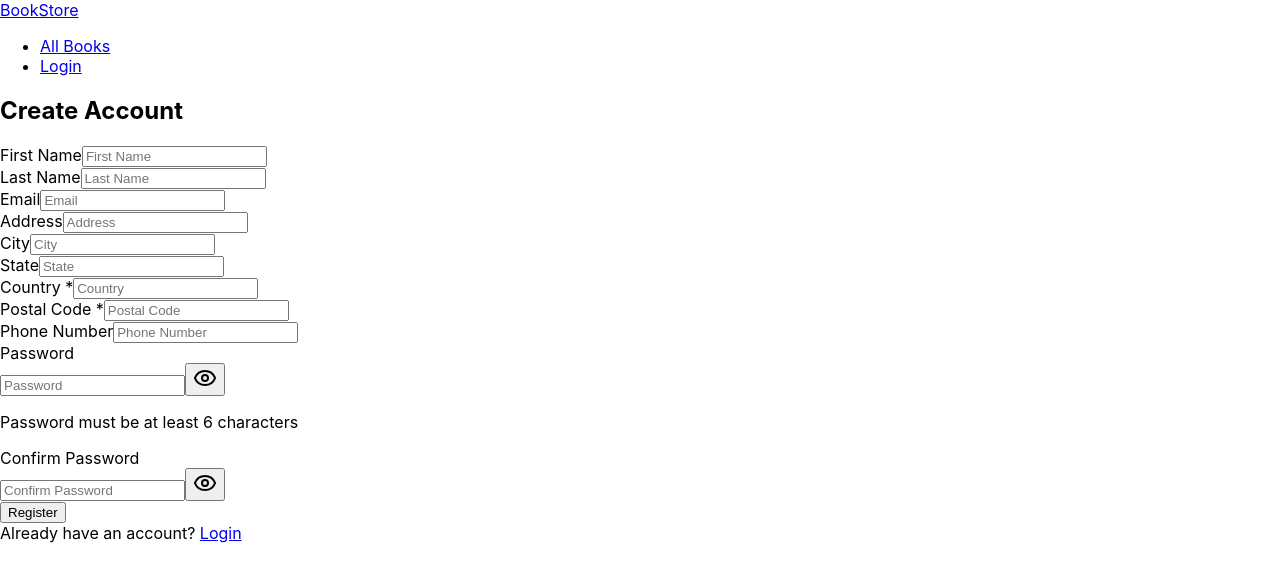
Repository: DiwasGurung/C-PokheraliDevelopers
Page: /register (app in pokherali-developers/)
An editor plug-in stored every save of this project. The page is shown before and after the next save, followed by the edit.
The browser window is 1280 px wide. The pictures show the whole page.
The project was rebuilt for these pictures with package versions that can differ from the ones it lists, and the page was loaded fresh each time. Also part of the build but not shown: pokherali-developers/src/components/Cart.js, pokherali-developers/src/components/MemberDashboard.js, pokherali-developers/src/components/AddBook.js, pokherali-developers/src/components/AdminDashboard.js, pokherali-developers/src/components/Filter.js, pokherali-developers/src/components/BookCatalog.js, pokherali-developers/src/pages/HomePage.js, pokherali-developers/src/components/Login.js and 3 more.

Above is the page before, as saved 2025-05-13 17:42:42.

### pokherali-developers/src/App.js
import { BrowserRouter as Router, Route, Routes } from 'react-router-dom';
import React from 'react';

// Components
import Cart from './components/Cart';
import MemberDashboard from './components/MemberDashboard';
import AdminDashboard from './components/AdminDashboard';
import Header from './components/Header';
import HomePage from './pages/HomePage';
import Login from './components/Login';
import Register from './components/Register';
import BookDetails from './components/BookDetail';
import BookmarksPage from './pages/BookmarkPage';

// Context Providers
import { UserProvider } from './contexts/UserContext';
import { CartProvider } from './contexts/CartContext';
import { BookmarksProvider } from './contexts/BookmarksContext';
// Add at the top level of your application
import axios from 'axios';
import OrdersPage from './pages/OrderPage';

// Set default axios configuration for all requests
axios.defaults.withCredentials = true;

export default function App() {
  return (
    // Wrapping everything with context providers
    <UserProvider>
      <CartProvider>
        <BookmarksProvider>
          <Router>
            <Header />
            <Routes>
              <Route path="/" element={<HomePage />} />
              <Route path="/book/:id" element={<BookDetails />} />
              <Route path="/cart" element={<Cart />} />
              <Route path="/dashboard" element={<MemberDashboard />} />
              <Route path="/admin" element={<AdminDashboard />} />
              <Route path="/login" element={<Login />} />
              <Route path="/register" element={<Register />} />
              <Route path="/bookmarks" element={<BookmarksPage />} />
              <Route path='/orders' element={<OrdersPage />} />
              <Route path='/orders/:orderId' element={<OrdersPage />} />
            </Routes>
          </Router>
        </BookmarksProvider>
      </CartProvider>
    </UserProvider>
  );
}

### pokherali-developers/src/components/Register.js
import { useState, useContext } from "react"
import { useNavigate } from "react-router-dom"
import { Eye, EyeOff } from "lucide-react"
import axios from "axios"
import { UserContext } from "../contexts/UserContext" // Import UserContext

const Register = () => {
  const userContext = useContext(UserContext)
  const setUser = userContext?.setUser // Optional chaining to handle null context

  const [formData, setFormData] = useState({
    firstName: "",
    lastName: "",
    email: "",
    password: "",
    confirmPassword: "",
    address: "", // Added missing fields from the backend DTO
    city: "",
    state: "",
    country: "", // Added required country field
    postalCode: "", // Added required postal code field
    phoneNumber: ""
  })
  const [error, setError] = useState("")
  const [showPassword, setShowPassword] = useState(false)
  const [showConfirmPassword, setShowConfirmPassword] = useState(false)
  const [loading, setLoading] = useState(false)
  const navigate = useNavigate()

  const handleChange = (e) => {
    const { name, value } = e.target
    setFormData((prev) => ({ ...prev, [name]: value }))
  }

  const handleSubmit = async (e) => {
    e.preventDefault()
    setError("")

    if (formData.password !== formData.confirmPassword) {
      setError("Passwords do not match")
      return
    }

    if (formData.password.length < 6) {
      setError("Password must be at least 6 characters")
      return
    }

    // Create a copy of formData without confirmPassword for the API request
    const registerData = { ...formData }
    // Do NOT remove confirmPassword as it's required by the backend
    // The backend will validate that confirmPassword matches password

    setLoading(true)
    try {
      const response = await axios.post("https://localhost:7126/api/Auth/register", registerData)

      // Store user in localStorage and context if available
      if (response.data && response.data.userId) {
        const userData = {
          id: response.data.userId,
          email: response.data.email,
          firstName: formData.firstName,
          lastName: formData.lastName
        }

        localStorage.setItem('user', JSON.stringify(userData))
        if (setUser) {
          setUser(userData)
        }
      }

      navigate("/") // Redirect to home page after successful registration
    } catch (err) {
      console.error("Registration error:", err)
      if (err.response && err.response.data) {
        // Handle structured error messages from the backend
        if (typeof err.response.data === 'string') {
          setError(err.response.data)
        } else if (err.response.data.errors) {
          // Handle validation errors
          const errorMessages = Object.values(err.response.data.errors).flat()
          setError(errorMessages.join(", "))
        } else {
          setError("Registration failed. Please try again.")
        }
      } else {
        setError("Registration failed. Please try again.")
      }
    } finally {
      setLoading(false)
    }
  }

  return (
    <div className="max-w-md mx-auto mt-10 p-6 bg-white rounded-lg shadow-md">
      <h2 className="text-2xl font-bold mb-6 text-center">Create Account</h2>

      {error && <div className="bg-red-100 border border-red-400 text-red-700 px-4 py-3 rounded mb-4">{error}</div>}

      <form onSubmit={handleSubmit}>
        <div className="grid grid-cols-2 gap-4 mb-4">
          <div>
            <label className="block text-gray-700 text-sm font-bold mb-2" htmlFor="firstName">
              First Name
            </label>
            <input
              className="shadow appearance-none border rounded w-full py-2 px-3 text-gray-700 leading-tight focus:outline-none focus:shadow-outline"
              id="firstName"
              type="text"
              name="firstName"
              placeholder="First Name"
              value={formData.firstName}
              onChange={handleChange}
              required
            />
          </div>

          <div>
            <label className="block text-gray-700 text-sm font-bold mb-2" htmlFor="lastName">
              Last Name
            </label>
            <input
              className="shadow appearance-none border rounded w-full py-2 px-3 text-gray-700 leading-tight focus:outline-none focus:shadow-outline"
              id="lastName"
              type="text"
              name="lastName"
              placeholder="Last Name"
              value={formData.lastName}
              onChange={handleChange}
              required
            />
          </div>
        </div>

        <div className="mb-4">
          <label className="block text-gray-700 text-sm font-bold mb-2" htmlFor="email">
            Email
          </label>
          <input
            className="shadow appearance-none border rounded w-full py-2 px-3 text-gray-700 leading-tight focus:outline-none focus:shadow-outline"
            id="email"
            type="email"
            name="email"
            placeholder="Email"
            value={formData.email}
            onChange={handleChange}
            required
          />
        </div>

        {/* Added missing fields that are in the backend DTO */}
        <div className="mb-4">
          <label className="block text-gray-700 text-sm font-bold mb-2" htmlFor="address">
            Address
          </label>
          <input
            className="shadow appearance-none border rounded w-full py-2 px-3 text-gray-700 leading-tight focus:outline-none focus:shadow-outline"
            id="address"
            type="text"
            name="address"
            placeholder="Address"
            value={formData.address}
            onChange={handleChange}
          />
        </div>

        <div className="grid grid-cols-2 gap-4 mb-4">
          <div>
            <label className="block text-gray-700 text-sm font-bold mb-2" htmlFor="city">
              City
            </label>
            <input
              className="shadow appearance-none border rounded w-full py-2 px-3 text-gray-700 leading-tight focus:outline-none focus:shadow-outline"
              id="city"
              type="text"
              name="city"
              placeholder="City"
              value={formData.city}
              onChange={handleChange}
            />
          </div>

          <div>
            <label className="block text-gray-700 text-sm font-bold mb-2" htmlFor="state">
              State
            </label>
            <input
              className="shadow appearance-none border rounded w-full py-2 px-3 text-gray-700 leading-tight focus:outline-none focus:shadow-outline"
              id="state"
              type="text"
              name="state"
              placeholder="State"
              value={formData.state}
              onChange={handleChange}
            />
          </div>
        </div>

        <div className="grid grid-cols-2 gap-4 mb-4">
          <div>
            <label className="block text-gray-700 text-sm font-bold mb-2" htmlFor="country">
              Country <span className="text-red-500">*</span>
            </label>
            <input
              className="shadow appearance-none border rounded w-full py-2 px-3 text-gray-700 leading-tight focus:outline-none focus:shadow-outline"
              id="country"
              type="text"
              name="country"
              placeholder="Country"
              value={formData.country}
              onChange={handleChange}
              required
            />
          </div>

          <div>
            <label className="block text-gray-700 text-sm font-bold mb-2" htmlFor="postalCode">
              Postal Code <span className="text-red-500">*</span>
            </label>
            <input
              className="shadow appearance-none border rounded w-full py-2 px-3 text-gray-700 leading-tight focus:outline-none focus:shadow-outline"
              id="postalCode"
              type="text"
              name="postalCode"
              placeholder="Postal Code"
              value={formData.postalCode}
              onChange={handleChange}
              required
            />
          </div>
        </div>

        <div className="mb-4">
          <label className="block text-gray-700 text-sm font-bold mb-2" htmlFor="phoneNumber">
            Phone Number
          </label>
          <input
            className="shadow appearance-none border rounded w-full py-2 px-3 text-gray-700 leading-tight focus:outline-none focus:shadow-outline"
            id="phoneNumber"
            type="tel"
            name="phoneNumber"
            placeholder="Phone Number"
            value={formData.phoneNumber}
            onChange={handleChange}
          />
        </div>

        <div className="mb-4">
          <label className="block text-gray-700 text-sm font-bold mb-2" htmlFor="password">
            Password
          </label>
          <div className="relative">
            <input
              className="shadow appearance-none border rounded w-full py-2 px-3 text-gray-700 leading-tight focus:outline-none focus:shadow-outline"
              id="password"
              type={showPassword ? "text" : "password"}
              name="password"
              placeholder="Password"
              value={formData.password}
              onChange={handleChange}
              required
            />
            <button
              type="button"
              className="absolute inset-y-0 right-0 pr-3 flex items-center text-gray-500 hover:text-gray-700"
              onClick={() => setShowPassword((prev) => !prev)}
              aria-label={showPassword ? "Hide password" : "Show password"}
            >
              {showPassword ? <EyeOff className="h-5 w-5" /> : <Eye className="h-5 w-5" />}
            </button>
          </div>
          <p className="text-xs text-gray-500 mt-1">Password must be at least 6 characters</p>
        </div>

        <div className="mb-6">
          <label className="block text-gray-700 text-sm font-bold mb-2" htmlFor="confirmPassword">
            Confirm Password
          </label>
          <div className="relative">
            <input
              className="shadow appearance-none border rounded w-full py-2 px-3 text-gray-700 leading-tight focus:outline-none focus:shadow-outline"
              id="confirmPassword"
              type={showConfirmPassword ? "text" : "password"}
              name="confirmPassword"
              placeholder="Confirm Password"
              value={formData.confirmPassword}
              onChange={handleChange}
              required
            />
            <button
              type="button"
              className="absolute inset-y-0 right-0 pr-3 flex items-center text-gray-500 hover:text-gray-700"
              onClick={() => setShowConfirmPassword((prev) => !prev)}
              aria-label={showConfirmPassword ? "Hide password" : "Show password"}
            >
              {showConfirmPassword ? <EyeOff className="h-5 w-5" /> : <Eye className="h-5 w-5" />}
            </button>
          </div>
        </div>

        <div className="flex items-center justify-between">
          <button
            className="bg-purple-600 hover:bg-purple-700 text-white font-bold py-2 px-4 rounded focus:outline-none focus:shadow-outline w-full"
            type="submit"
            disabled={loading}
          >
            {loading ? "Registering..." : "Register"}
          </button>
        </div>

        <div className="text-center mt-4">
          <span className="text-gray-600">Already have an account?</span>{" "}
          <a href="/login" className="text-purple-600 hover:text-purple-700 font-medium">
            Login
          </a>
        </div>
      </form>
    </div>
  )
}

export default Register

### pokherali-developers/src/contexts/UserContext.js
import React, { createContext, useState, useEffect } from 'react';

export const UserContext = createContext();

export const UserProvider = ({ children }) => {
  const [user, setUser] = useState(null);
  const [loading, setLoading] = useState(true);
  const [error, setError] = useState(null);

  // Retrieve user from localStorage
  useEffect(() => {
    const storedUser = localStorage.getItem('user');
    if (storedUser) {
      setUser(JSON.parse(storedUser));  // Set user from localStorage
    }
    setLoading(false);
  }, []);

  const login = async (email, password) => {
    try {
      const response = await fetch('https://localhost:7126/api/Auth/login', {
        method: 'POST',
        headers: { 'Content-Type': 'application/json' },
        body: JSON.stringify({ email, password }),
      });

      if (!response.ok) {
        const errorData = await response.json();
        throw new Error(errorData.message || 'Login failed');
      }

      const data = await response.json();
      const userData = data.user;
      localStorage.setItem('user', JSON.stringify(userData));
      setUser(userData);
      return userData;
    } catch (err) {
      console.error('Login error:', err);
      setError(err.message);
      throw err;
    }
  };

  const register = async (userData) => {
    try {
      const response = await fetch('https://localhost:7126/api/Auth/register', {
        method: 'POST',
        headers: { 'Content-Type': 'application/json' },
        body: JSON.stringify(userData),
      });

      if (!response.ok) {
        const errorData = await response.json();
        throw new Error(errorData.message || 'Registration failed');
      }

      return await response.json();
    } catch (err) {
      console.error('Registration error:', err);
      setError(err.message);
      throw err;
    }
  };

  const logout = () => {
    localStorage.removeItem('user');
    setUser(null);
  };

  return (
    <UserContext.Provider value={{ user, loading, error, login, register, logout }}>
      {children}
    </UserContext.Provider>
  );
};

### pokherali-developers/src/contexts/CartContext.js
import React, { createContext, useContext, useState, useEffect } from "react";
import axios from "axios";

// Create Context
export const CartContext = createContext();

// Provide context to children
export const CartProvider = ({ children }) => {
  const [cartItems, setCartItems] = useState([]);
  const [isLoading, setIsLoading] = useState(false);
  const [error, setError] = useState(null);

  const fetchCartItems = async () => {
    setIsLoading(true);
    try {
      const storedUser = localStorage.getItem('user');
      if (!storedUser) {
        setCartItems([]);
        setIsLoading(false);
        return;
      }

      // Call the correct endpoint as defined in your CartController
      const response = await axios.get('https://localhost:7126/api/Cart');

      setCartItems(response.data.items || []);
      setIsLoading(false);
    } catch (err) {
      setError(err.message || 'Error fetching cart items');
      setIsLoading(false);
    }
  };

  const addToCart = async ({bookId, quantity}) => {
    try {
      const storedUser = localStorage.getItem('user');
      if (!storedUser) {
        throw new Error('User is not logged in');
      }

      const data = {
        bookId: bookId,
        quantity: quantity,
      };

      const response = await axios.post(
        'https://localhost:7126/api/Cart/add',
        data

      );

      // Update local cart state
      fetchCartItems();
      return response.data;
    } catch (err) {
      setError(err.message || 'Error adding item to cart');
      throw err;
    }
  };

  // Update cart item quantity
  const updateCartItemQuantity = async (cartItemId, quantity) => {
    try {
      const storedUser = localStorage.getItem('user');
      if (!storedUser) {
        throw new Error('User is not logged in');
      }

      // Handle removing item if quantity is 0 or less
      if (quantity <= 0) {
        return removeItem(cartItemId);
      }

      // Use the update endpoint from your controller
      await axios.put(
        'https://localhost:7126/api/Cart/update',
        {
          cartItemId: cartItemId,
          quantity: quantity
        },

      );

      // Refresh cart after successful update
      fetchCartItems();
    } catch (err) {
      setError(err.message || 'Error updating item quantity');
      throw err;
    }
  };


  const removeItem = async (cartItemId) => {
    try {
      const storedUser = localStorage.getItem('user');
      if (!storedUser) {
        throw new Error('User is not logged in');
      }

      // Per your API, the endpoint should be api/Cart/{cartItemId}
      await axios.delete(
        `https://localhost:7126/api/Cart/${cartItemId}`
      );

      // Refresh cart after successful removal
      fetchCartItems();
    } catch (err) {
      setError(err.message || 'Error removing item from cart');
    }
  };
  // Update your CartContext.js file with the following clearCart function

const clearCart = async () => {
  try {
    const storedUser = localStorage.getItem('user');
    if (!storedUser) {
      throw new Error('User is not logged in');
    }

    // Call the clear cart endpoint
    await axios.delete('https://localhost:7126/api/Cart/clear', {
      withCredentials: true
    });

    // Update local state
    setCartItems([]);
  } catch (err) {
    setError(err.message || 'Error clearing cart');
    throw err;
  }
};
useEffect(() => {
  fetchCartItems();
}, []);

// Then make sure to include clearCart in your context value
return (
  <CartContext.Provider value={{
    cartItems,
    isLoading,
    error,
    addToCart,
    removeItem,
    updateCartItemQuantity,
    clearCart // Add this
  }}>
    {children}
  </CartContext.Provider>
);

}
// Custom hook to use Cart Context
export const useCart = () => {
  return useContext(CartContext);
};

### pokherali-developers/src/contexts/BookmarksContext.js
import React, { createContext, useState, useContext } from "react";

// Create BookmarksContext
export const BookmarksContext = createContext();

export const BookmarksProvider = ({ children }) => {
  const [bookmarks, setBookmarks] = useState([]);

  const addBookmark = (book) => {
    setBookmarks((prevBookmarks) => [...prevBookmarks, book]);
  };

  const removeBookmark = (bookId) => {
    setBookmarks((prevBookmarks) => prevBookmarks.filter((book) => book.id !== bookId));
  };

  return (
    <BookmarksContext.Provider value={{ bookmarks, addBookmark, removeBookmark }}>
      {children}
    </BookmarksContext.Provider>
  );
};

Loaded but not shown: pokherali-developers/public/index.html (common file); pokherali-developers/src/index.js (common file); pokherali-developers/src/index.css (common file); pokherali-developers/src/reportWebVitals.js (common file); pokherali-developers/src/components/Header.js (169 lines, source omitted)

After the next save:
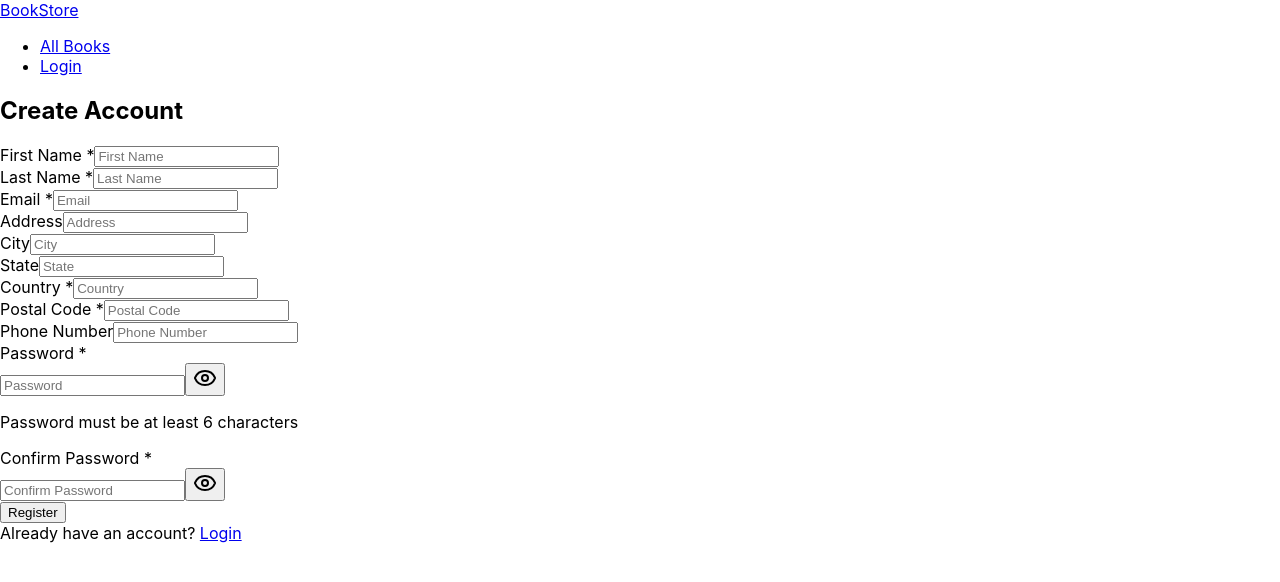
Saved 104 s later.
--- a/pokherali-developers/src/components/Register.js
+++ b/pokherali-developers/src/components/Register.js
@@ -14,11 +14,11 @@ const Register = () => {
     email: "",
     password: "",
     confirmPassword: "",
-    address: "", // Added missing fields from the backend DTO
+    address: "",
     city: "",
     state: "",
-    country: "", // Added required country field
-    postalCode: "", // Added required postal code field
+    country: "",
+    postalCode: "",
     phoneNumber: ""
   })
   const [error, setError] = useState("")
@@ -46,10 +46,9 @@ const Register = () => {
       return
     }
 
-    // Create a copy of formData without confirmPassword for the API request
+    // Create a copy of formData for the API request
+    // Do NOT remove confirmPassword as it's required by the backend
     const registerData = { ...formData }
-    // Do NOT remove confirmPassword as it's required by the backend
-    // The backend will validate that confirmPassword matches password
 
     setLoading(true)
     try {
@@ -102,7 +101,7 @@ const Register = () => {
         <div className="grid grid-cols-2 gap-4 mb-4">
           <div>
             <label className="block text-gray-700 text-sm font-bold mb-2" htmlFor="firstName">
-              First Name
+              First Name <span className="text-red-500">*</span>
             </label>
             <input
               className="shadow appearance-none border rounded w-full py-2 px-3 text-gray-700 leading-tight focus:outline-none focus:shadow-outline"
@@ -118,7 +117,7 @@ const Register = () => {
 
           <div>
             <label className="block text-gray-700 text-sm font-bold mb-2" htmlFor="lastName">
-              Last Name
+              Last Name <span className="text-red-500">*</span>
             </label>
             <input
               className="shadow appearance-none border rounded w-full py-2 px-3 text-gray-700 leading-tight focus:outline-none focus:shadow-outline"
@@ -135,7 +134,7 @@ const Register = () => {
 
         <div className="mb-4">
           <label className="block text-gray-700 text-sm font-bold mb-2" htmlFor="email">
-            Email
+            Email <span className="text-red-500">*</span>
           </label>
           <input
             className="shadow appearance-none border rounded w-full py-2 px-3 text-gray-700 leading-tight focus:outline-none focus:shadow-outline"
@@ -149,7 +148,6 @@ const Register = () => {
           />
         </div>
 
-        {/* Added missing fields that are in the backend DTO */}
         <div className="mb-4">
           <label className="block text-gray-700 text-sm font-bold mb-2" htmlFor="address">
             Address
@@ -248,7 +246,7 @@ const Register = () => {
 
         <div className="mb-4">
           <label className="block text-gray-700 text-sm font-bold mb-2" htmlFor="password">
-            Password
+            Password <span className="text-red-500">*</span>
           </label>
           <div className="relative">
             <input
@@ -275,7 +273,7 @@ const Register = () => {
 
         <div className="mb-6">
           <label className="block text-gray-700 text-sm font-bold mb-2" htmlFor="confirmPassword">
-            Confirm Password
+            Confirm Password <span className="text-red-500">*</span>
           </label>
           <div className="relative">
             <input
